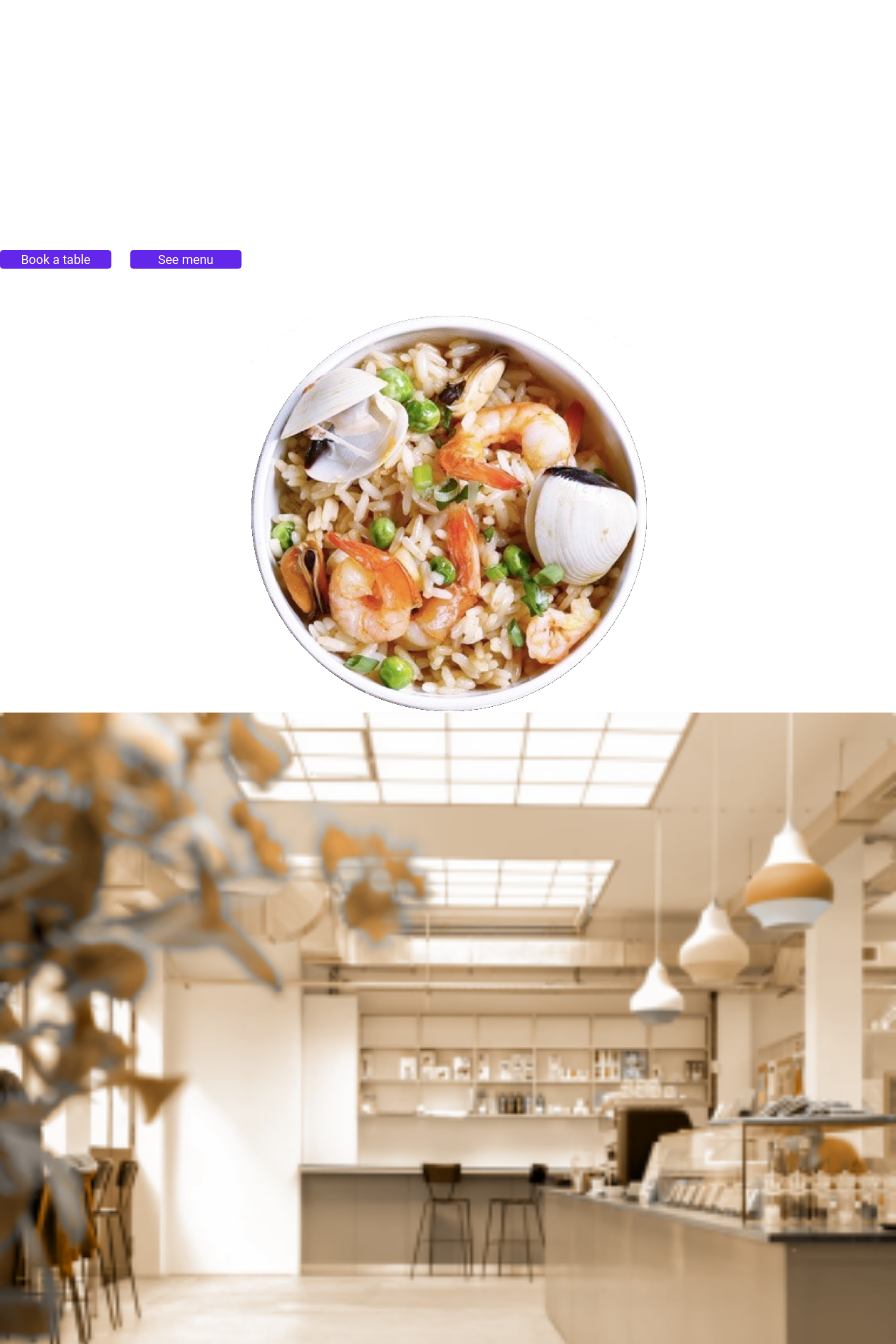
Repository: murilopellis-12/Tailwind-Prova
Page: index.html
The author's editor kept a copy of each file at every save. The page is drawn from the files as they stood at one save, then again after the next save.
The browser window is 1280 px wide. The pictures show the part of the page from y = 0 to 1920 px (the page is 6004 px tall before and 5495 px after), at 70% of full size.

Above is the page before, as saved 2026-10-27 14:50:00.
Not found: style.css

After the next save:
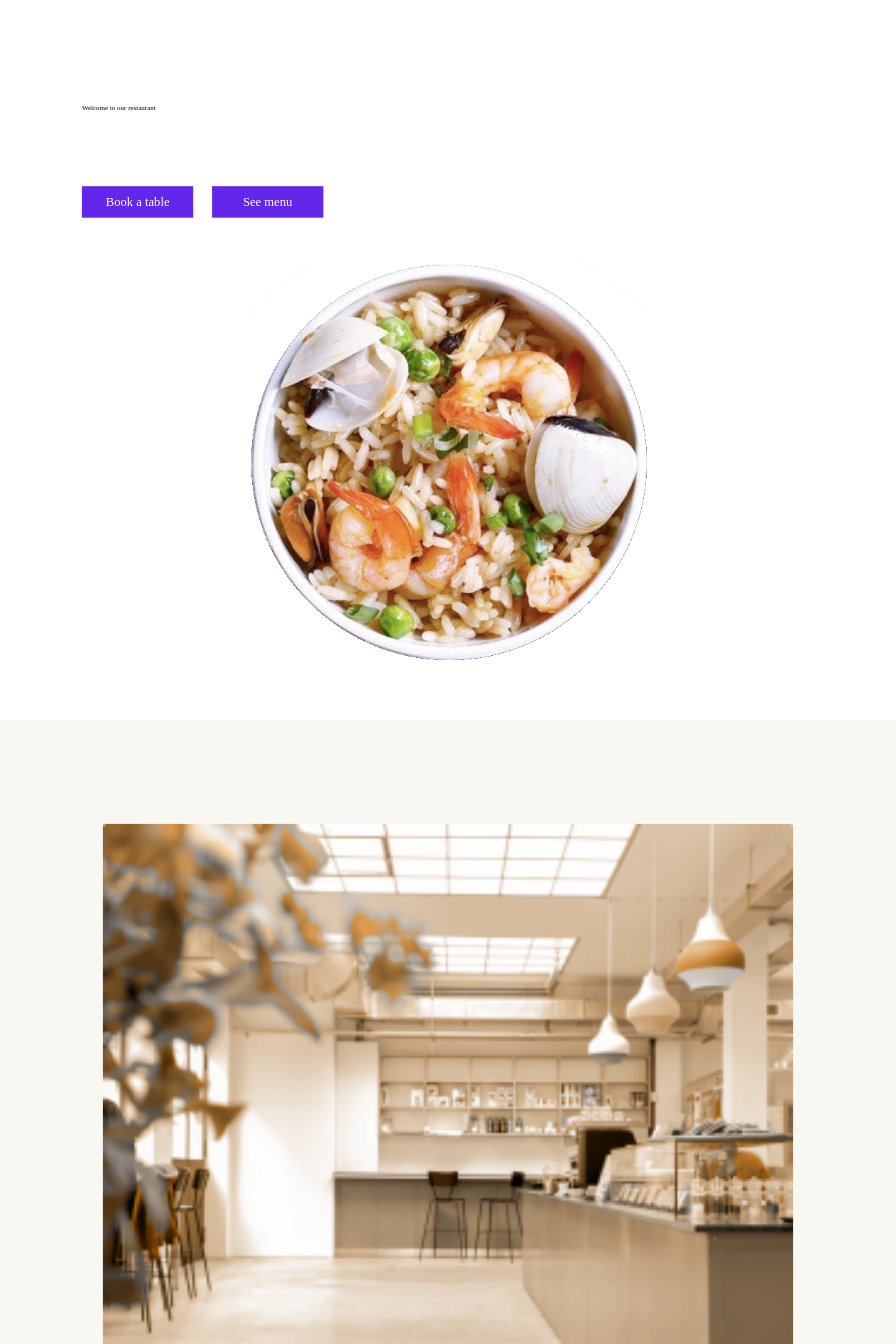
Saved 9 min 18 s later.
--- a/index.html
+++ b/index.html
@@ -10,72 +10,32 @@
   </script>
   <style type="text/tailwindcss">
    @theme {
-        --espaco-pequeno: clamp(
-          1.5rem,
-          calc(-2.725rem + 11.268vw),
-          13.5rem
-        ); /* min: 15px, max: 135px */
-        --padding-topo: clamp(8rem, calc(5.183rem + 7.512vw), 16rem);
+  --font-serif: "PT Serif", serif;
+  --font-roboto: "Roboto", sans-serif;
+}
+:root {
+  /*Espaçamento*/
+  --espaco-pequeno: clamp(
+    1.5rem,
+    calc(-2.725rem + 11.268vw),
+    13.5rem
+  ); /* min: 15px, max: 135px */
+  --padding-topo: clamp(8rem, calc(5.183rem + 7.512vw), 16rem);
 
-        /*Cores*/
-        --cor-primaria: #333;
-        --cor-secundaria: #f9f7f2;
-        --cor-terciaria: #fff;
-        --complementar-roxo: #6327eb;
-        --borda-menu: rgba(255, 255, 255, 0.3);
-        --paragrafos-claros: rgba(51, 51, 51, 0.5);
-        --borda-formulario: #dadada;
-      }
+  /*Cores*/
+  --cor-primaria: #333;
+  --cor-secundaria: #f9f7f2;
+  --cor-terciaria: #fff;
+  --complementar-roxo: #6327eb;
+  --borda-menu: rgba(255, 255, 255, 0.3);
+  --paragrafos-claros: rgba(51, 51, 51, 0.5);
+  --borda-formulario: #dadada;
 
-      html {
-        font-size: 62.5%;
-      }
-
-      * {
-        margin: 0;
-        padding: 0;
-        box-sizing: border-box;
-      }
-
-      h1 {
-        font-size: clamp(
-          5.6rem,
-          calc(5.037rem + 1.502vw),
-          7.2rem
-        ); /* min: 56px, max: 72px */
-        color: var(--cor-terciaria);
-        font-weight: bold;
-        font-family: "PT Serif";
-      }
-
-      h2 {
-        font-size: clamp(
-          4rem,
-          calc(3.437rem + 1.502vw),
-          5.6rem
-        ); /* min: 40px, max: 56px */
-        font-family: "PT Serif";
-        font-weight: bold;
-        color: var(--cor-primaria);
-      }
-
-      h3 {
-        font-size: 4rem;
-        font-family: "PT Serif";
-        font-weight: bold;
-      }
-
-      p {
-        font-family: "Roboto";
-        font-size: 2rem;
-      }
-
-      button {
-        font-family: "Roboto";
-        color: var(--cor-terciaria);
-        font-weight: normal;
-        border-radius: 5px;
-      }
+}
+@layer base {
+  html { font-size: 62.5%; line-height: normal; }
+  body { font-family: "Times New Roman", serif; }
+}
   </style>
   <link href="style.css" rel="stylesheet"/>
   <meta charset="utf-8"/>
